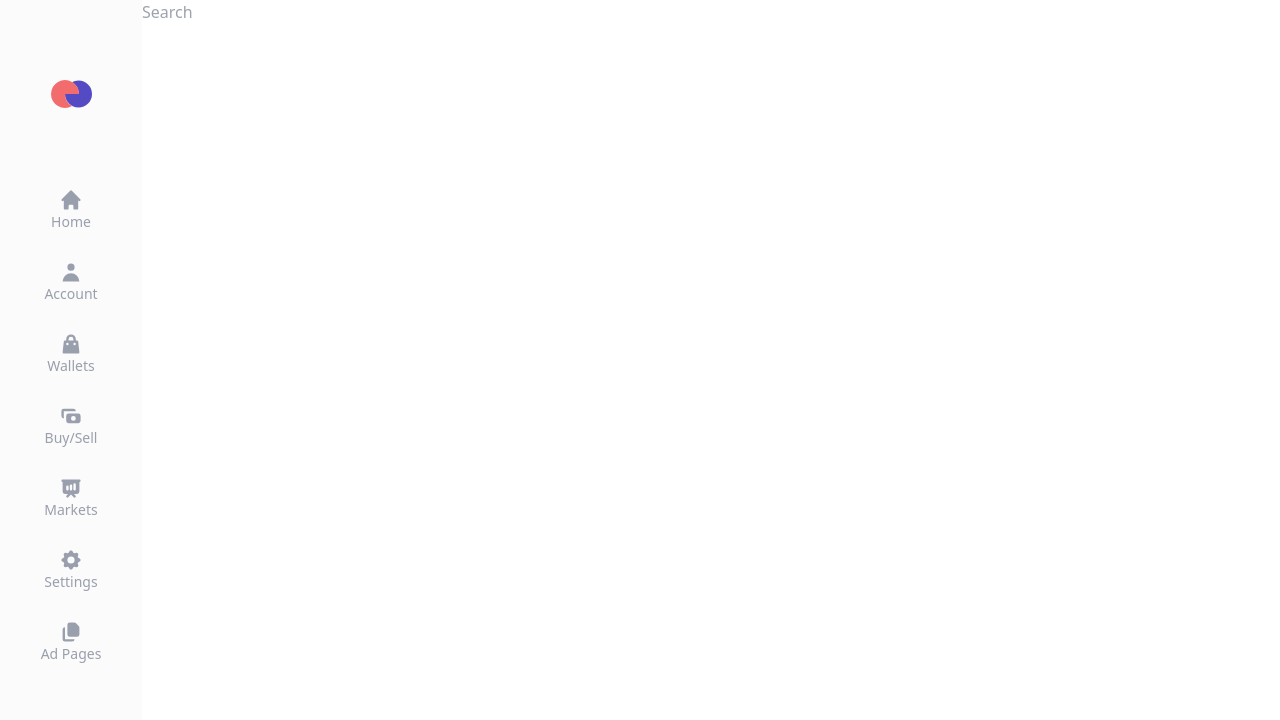
Repository: almaqdad55/crypto-app-nextjs
Page: /
The author's editor kept a copy of each file at every save. The page is drawn from the files as they stood at one save, then again after a run of saves.
The browser window is 1280 px wide. The pictures show the whole page.
The project was rebuilt for these pictures with package versions that can differ from the ones it lists, and the page was loaded fresh each time. The framework's server and built-in components were replaced by stand-ins that run in the browser.

Above is the page before, as saved 2022-01-04 19:56:57.

After the next 2 saves:
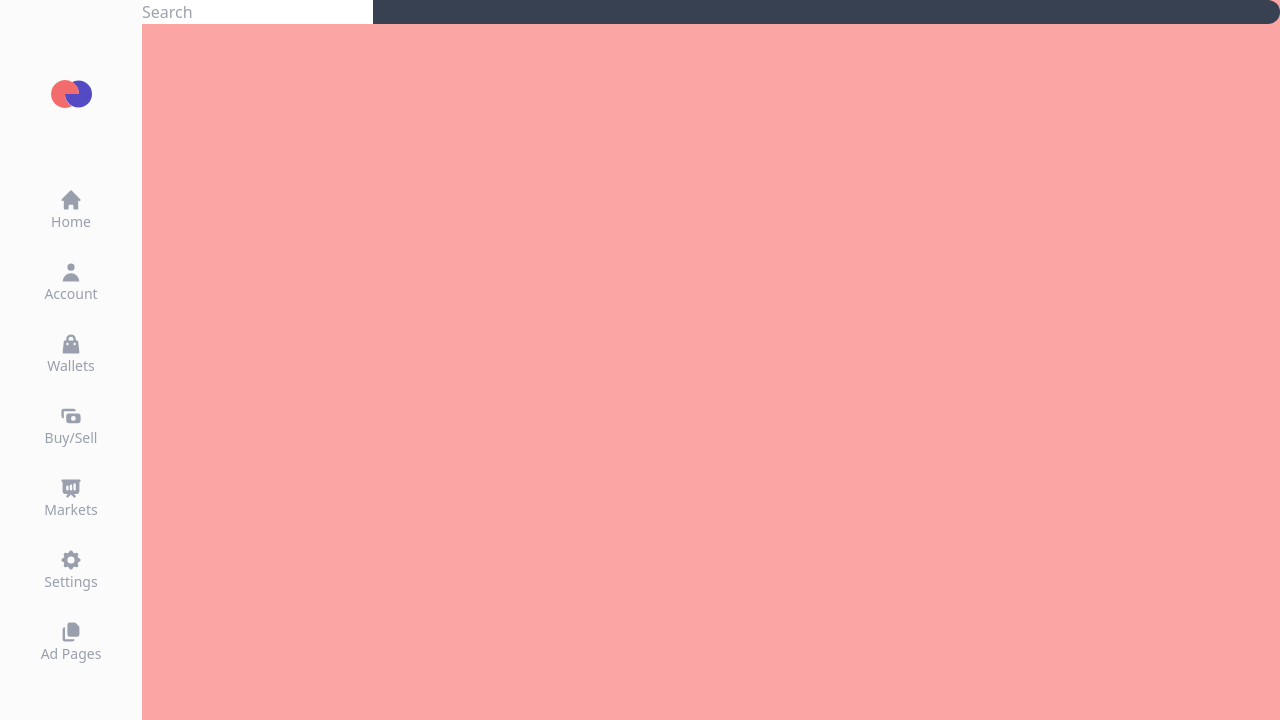
The 2 saves are shown as one change because they came seconds apart.
The last was saved 9 s later.
--- a/components/Feed.jsx
+++ b/components/Feed.jsx
@@ -7,7 +7,7 @@ import {
 
 const Feed = () => {
   return (
-    <div className="flex flex-grow">
+    <div className=" flex-grow bg-red-300">
       <div>
         <div className="bg-gray-700 rounded-2xl">
           <input type="text" placeholder={`Search`} />
